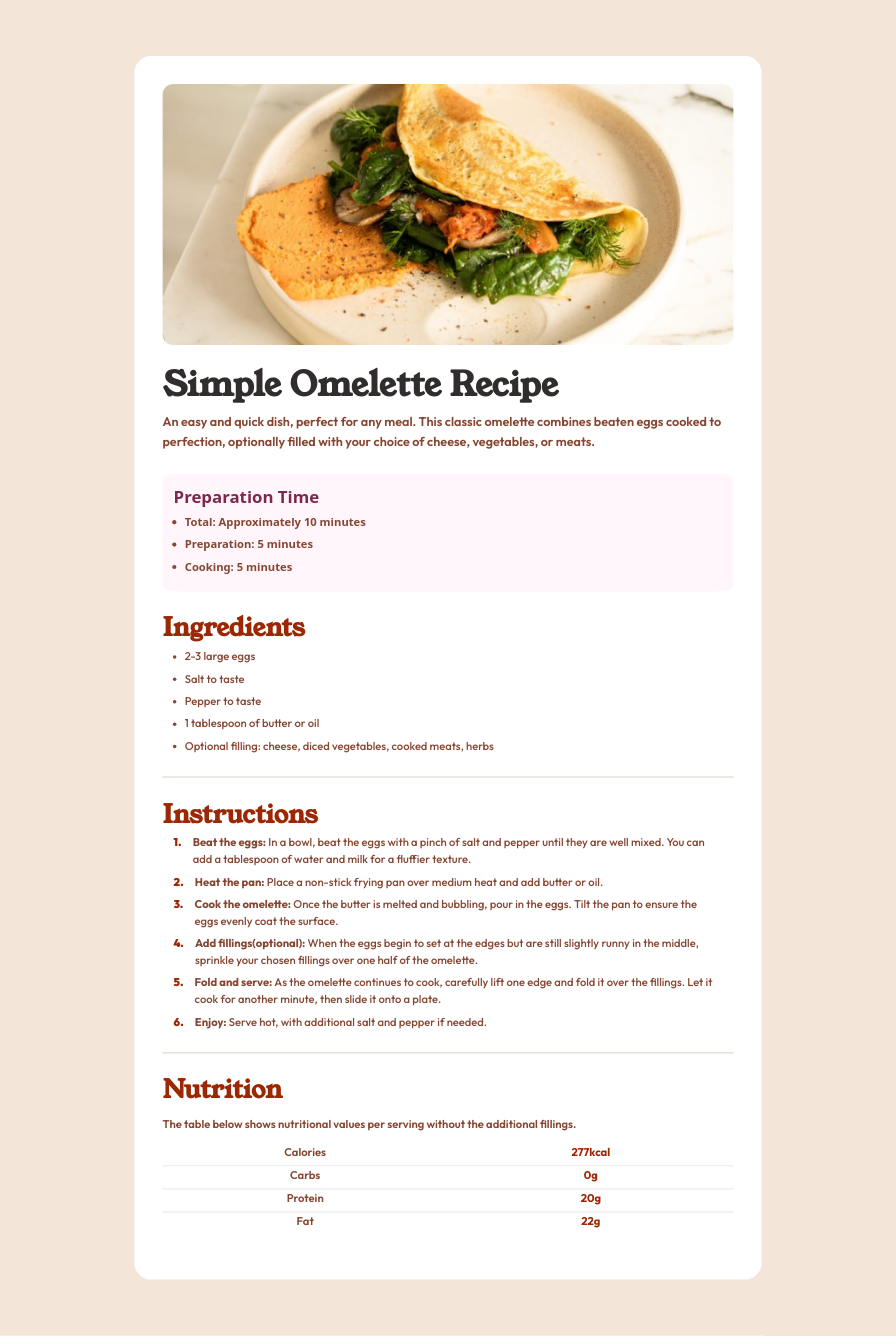
Repository: nivrii/recipe-page-main
Page: /
The author's editor kept a copy of each file at every save. The page is drawn from the files as they stood at one save, then again after the next save.
The browser window is 1280 px wide. The pictures show the whole page, at 70% of full size.
The project was rebuilt for these pictures with package versions that can differ from the ones it lists, and the page was loaded fresh each time. Also part of the build but not shown: vite.config.js, src/index.css.

Above is the page before, as saved 2024-03-26 19:18:59.

### src/App.jsx
import "./App.css";
import { Nutrition } from "./Nutrition";
import { Instructions } from "./Instructions";
import { Ingredients } from "./Ingredients";
import { Prep } from "./Prep";
import { Header } from "./Header";
import { Image } from "./Image";
import omelette from "./assets/images/image-omelette.jpeg";

function App() {
  return (
    <body className="bg-eggshell md:pt-20 md:pb-20 ">
      <div className="
       flex flex-col w-screen min-h-max md:m-auto md:p-10 md:w-[70vw] md:top-10
       md:bg-white md:rounded-3xl">
        <Image omelette={omelette} />
        <Header />
        <Prep />
        <div className="divide-y-2 divide-lightGrey mx-4 md:mx-0">
          <Ingredients />
          <Instructions />
          <Nutrition />
        </div>
      </div>
    </body>
  );
}

export default App;

### src/App.css
@import url("https://fonts.googleapis.com/css2?family=Young+Serif&display=swap");

@import url("https://fonts.googleapis.com/css2?family=Outfit:wght@100..900&display=swap");

@import "tailwindcss/base";
@import "tailwindcss/components";
@import "tailwindcss/utilities";

### src/Nutrition.jsx
export function Nutrition() {
  return (
    <div className="m-4 mb-8 md:mx-0">
      <h1 className="text-left text-nutmegLight text-4xl font-bold font-young mt-8 mb-4">
        Nutrition
      </h1>
      <p className="text-nutmeg font-semibold font-outfit mb-4">
        The table below shows nutritional values per serving without the
        additional fillings.
      </p>
      <div className="divide-y divide-lightGrey font-outfit">
        <div className="flex flex-row my-2 text-center">
          <p className="basis-1/2 text-nutmeg font-semibold ">Calories</p>
          <p className="basis-1/2 text-nutmegLight font-bold">277kcal</p>
        </div>
        <div className="flex flex-row my-2 text-center">
          <p className="basis-1/2 text-nutmeg font-semibold">Carbs</p>
          <p className="basis-1/2 text-nutmegLight font-bold">0g</p>
        </div>
        <div className="flex flex-row my-2 text-center">
          <p className="basis-1/2 text-nutmeg font-semibold">Protein</p>
          <p className="basis-1/2 text-nutmegLight font-bold">20g</p>
        </div>
        <div className="flex flex-row my-2 text-center">
          <p className="basis-1/2 text-nutmeg font-semibold">Fat</p>
          <p className="basis-1/2 text-nutmegLight font-bold">22g</p>
        </div>
      </div>
    </div>
  );
}

### src/Instructions.jsx
export function Instructions() {
  return (
    <div className="m-4 md:mx-0">
      <h1 className="text-left text-nutmegLight text-4xl font-bold font-young mt-8">
        Instructions
      </h1>
      <ul className="font-outfit mt-2 mb-8 mx-4 text-nutmeg font-medium space-y-2">
        <li className="flex flex-row space-x-4">
          <div className="text-nutmegLight font-black">1.</div>
          <div className="">
            <span className="font-bold"> Beat the eggs:</span> In a bowl, beat
            the eggs with a pinch of salt and pepper until they are well mixed.
            You can add a tablespoon of water and milk for a fluffier texture.
          </div>
        </li>
        <li className="flex flex-row space-x-4">
          <div className="text-nutmegLight font-black ">2.</div>
          <div className="">
            <span className="font-bold"> Heat the pan:</span> Place a non-stick
            frying pan over medium heat and add butter or oil.
          </div>
        </li>
        <li className="flex flex-row space-x-4">
          <div className="text-nutmegLight font-black">3.</div>
          <div className="">
            <span className="font-bold"> Cook the omelette:</span> Once the
            butter is melted and bubbling, pour in the eggs. Tilt the pan to
            ensure the eggs evenly coat the surface.
          </div>
        </li>
        <li className="flex flex-row space-x-4">
          <div className="text-nutmegLight font-black">4.</div>
          <div className="">
            <span className="font-bold"> Add fillings(optional):</span> When the
            eggs begin to set at the edges but are still slightly runny in the
            middle, sprinkle your chosen fillings over one half of the omelette.
          </div>
        </li>
        <li className="flex flex-row space-x-4">
          <div className="text-nutmegLight font-black">5.</div>
          <div className="">
            <span className="font-bold"> Fold and serve:</span> As the omelette
            continues to cook, carefully lift one edge and fold it over the
            fillings. Let it cook for another minute, then slide it onto a
            plate.
          </div>
        </li>
        <li className="flex flex-row space-x-4">
          <div className="text-nutmegLight font-black">6.</div>
          <div className="">
            <span className="font-bold"> Enjoy:</span> Serve hot, with
            additional salt and pepper if needed.
          </div>
        </li>
      </ul>
    </div>
  );
}

### src/Ingredients.jsx
export function Ingredients() {
  return (
    <div className="m-4  md:mx-0">
      <h1 className="text-left text-nutmegLight text-4xl font-bold font-young mt-8">
        Ingredients
      </h1>
      <ul className="list-disc px-4 font-outfit mt-2 mb-8 mx-4 text-nutmeg font-medium space-y-2">
        <li>2-3 large eggs</li>
        <li>Salt to taste</li>
        <li>Pepper to taste</li>
        <li>1 tablespoon of butter or oil</li>
        <li>Optional filling: cheese, diced vegetables, cooked meats, herbs</li>
      </ul>
    </div>
  );
}

### src/Prep.jsx
export function Prep() {
  return <div className="bg-roseWhite p-4 mx-8 rounded-xl md:mx-0">
        <h1 className="text-left text-darkRaspberry text-2xl font-bold">
          Preparation Time
        </h1>
        <ul className="list-disc px-4 text-nutmeg">
          <li className=" font-semibold my-2">
            <span className="font-extrabold">Total:</span> Approximately 10
            minutes
          </li>
          <li className=" font-semibold my-2">
            <span className="font-extrabold">Preparation:</span> 5 minutes
          </li>
          <li className=" font-semibold my-2">
            <span className="font-extrabold">Cooking:</span> 5 minutes
          </li>
        </ul>
      </div>;
}

### src/Header.jsx
export function Header() {
  return <div className="bg-white m-8 md:mx-0">
        <h1 className="text-left text-darkCharcoal text-4xl font-bold font-young md:text-5xl">
          Simple Omelette Recipe
        </h1>
        <p className="text-left font-outfit text-nutmeg mt-4 font-semibold md:text-lg ">
          An easy and quick dish, perfect for any meal. This classic omelette
          combines beaten eggs cooked to perfection, optionally filled with your
          choice of cheese, vegetables, or meats.
        </p>
      </div>;
}

### src/Image.jsx
/* eslint-disable react/prop-types */
export function Image({
  omelette
}) {
  return <div className=" md:w-auto">
        <img src={omelette} alt="omelette" className="w-screen md:w-auto md:rounded-2xl" />
      </div>;
}

### tailwind.config.js
/** @type {import('tailwindcss').Config} */
export default {
  content: ["./index.html", "./src/**/*.{js,ts,jsx,tsx}"],
  theme: {
    screens: {
      'sm': '375px',
      'md': '768px',
      'lg': '1440px',
      'xl': '1920px',
    },
    extend: {
      fontFamily: {
        outfit: ["Outfit", "sans-serif"],
        young: ["Young Serif", "serif"],
      },
      colors: {
        roseWhite: "hsl(330, 100%, 98%)",
        white: "hsl(0, 0%, 100%)",
        eggshell: "hsl(30, 54%, 90%)",
        lightGrey: "hsl(30, 18%, 87%)",
        wengeBrown: "hsl(30, 10%, 34%)",
        darkCharcoal: "hsl(24, 5%, 18%)",
        nutmeg: "hsl(14, 45%, 36%)",
        nutmegLight: "hsl(14, 96%, 31%)",
        darkRaspberry: "hsl(332, 51%, 32%)",
      },
    },
  },
  plugins: [],
};

Loaded but not shown: index.html (common file); src/main.jsx (common file)

After the next save:
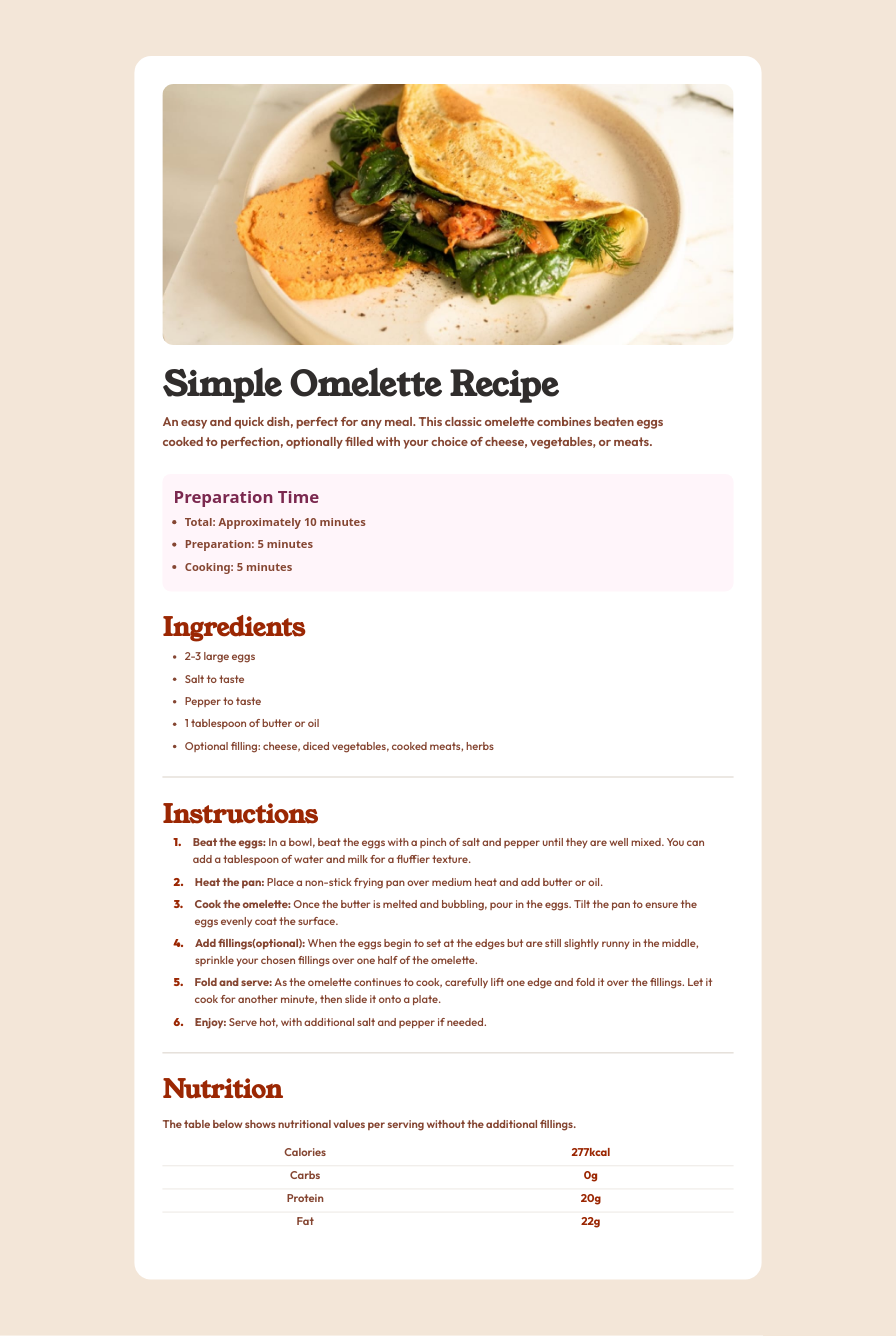
Saved 6 s later.
--- a/src/Header.jsx
+++ b/src/Header.jsx
@@ -3,7 +3,7 @@ export function Header() {
         <h1 className="text-left text-darkCharcoal text-4xl font-bold font-young md:text-5xl">
           Simple Omelette Recipe
         </h1>
-        <p className="text-left font-outfit text-nutmeg mt-4 font-semibold md:text-lg ">
+        <p className="text-left font-outfit text-nutmeg mt-4 font-semibold md:text-lg max-w-screen-md">
           An easy and quick dish, perfect for any meal. This classic omelette
           combines beaten eggs cooked to perfection, optionally filled with your
           choice of cheese, vegetables, or meats.
